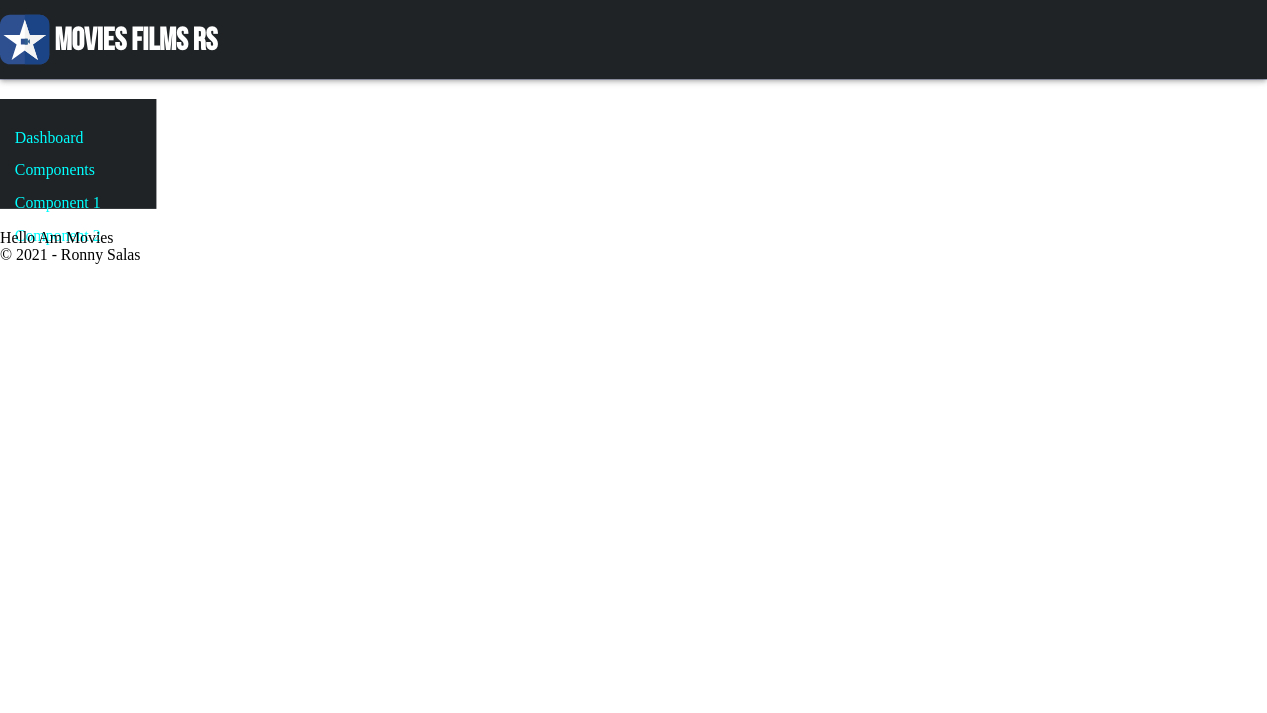
Repository: ronnysalas459/assigment-2
Page: /
The author's editor kept a copy of each file at every save. The page is drawn from the files as they stood at one save, then again after the next save.
The browser window is 1280 px wide. The pictures show the whole page, at 99% of full size.
The page's requests for data from a server got no answer. The project was rebuilt for these pictures with package versions that can differ from the ones it lists, and the page was loaded fresh each time. No one was signed in, and anything a server would have sent is missing. Also part of the build but not shown: src/contexts/DetailsContext.js, src/components/Details/index.js, src/components/NotFound/index.js.

Above is the page before, as saved 2021-08-29 20:23:32.

After the next save:
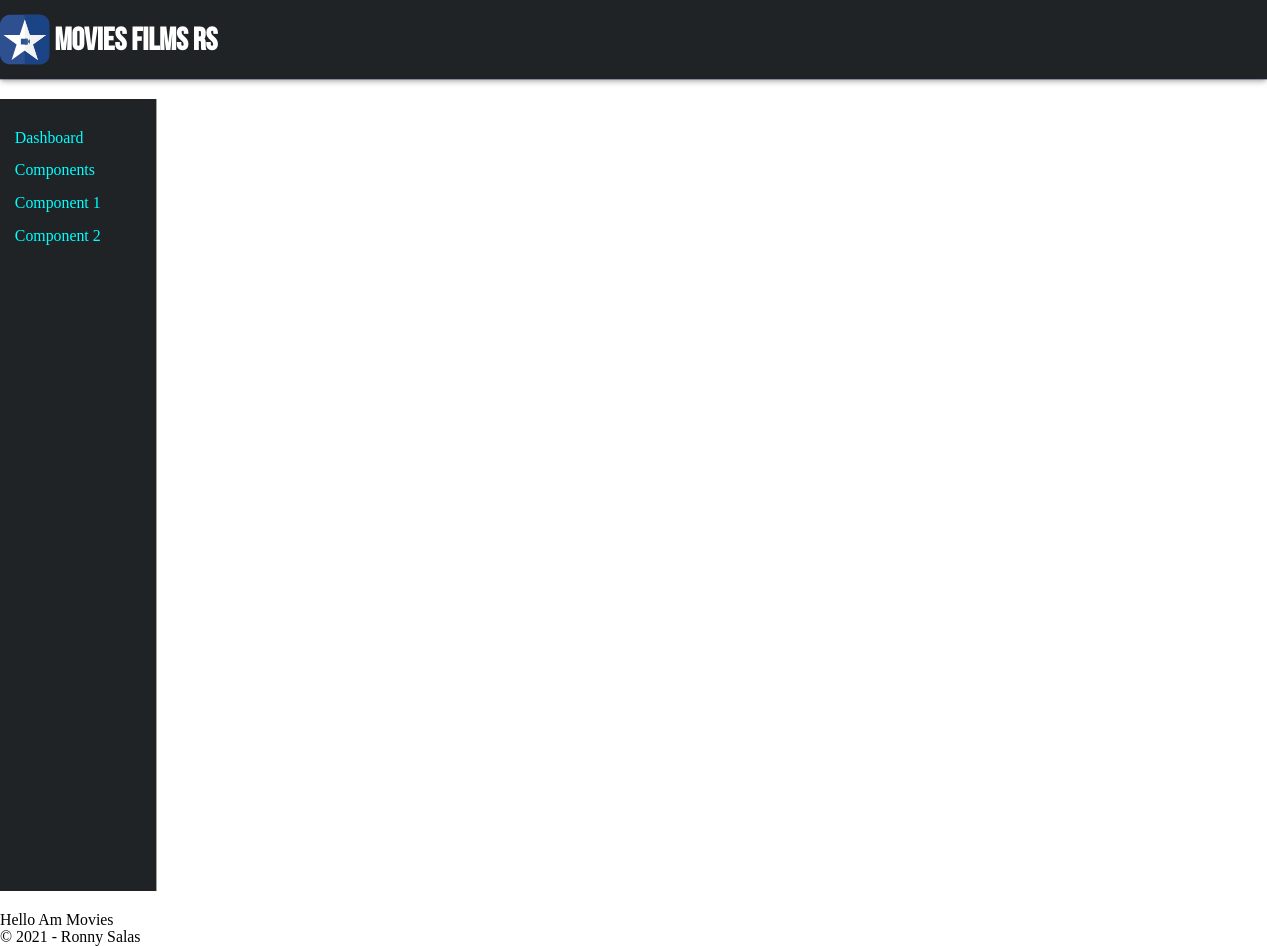
Saved 3 min 34 s later.
--- a/src/assets/css/styles.css
+++ b/src/assets/css/styles.css
@@ -62,7 +62,7 @@
 }
 .content{
   display:flex;
-  height: auto;
+  height: 800px;
   justify-content:space-between;
   padding-top: 20px;
   padding-bottom: 20px;

After the save that followed:
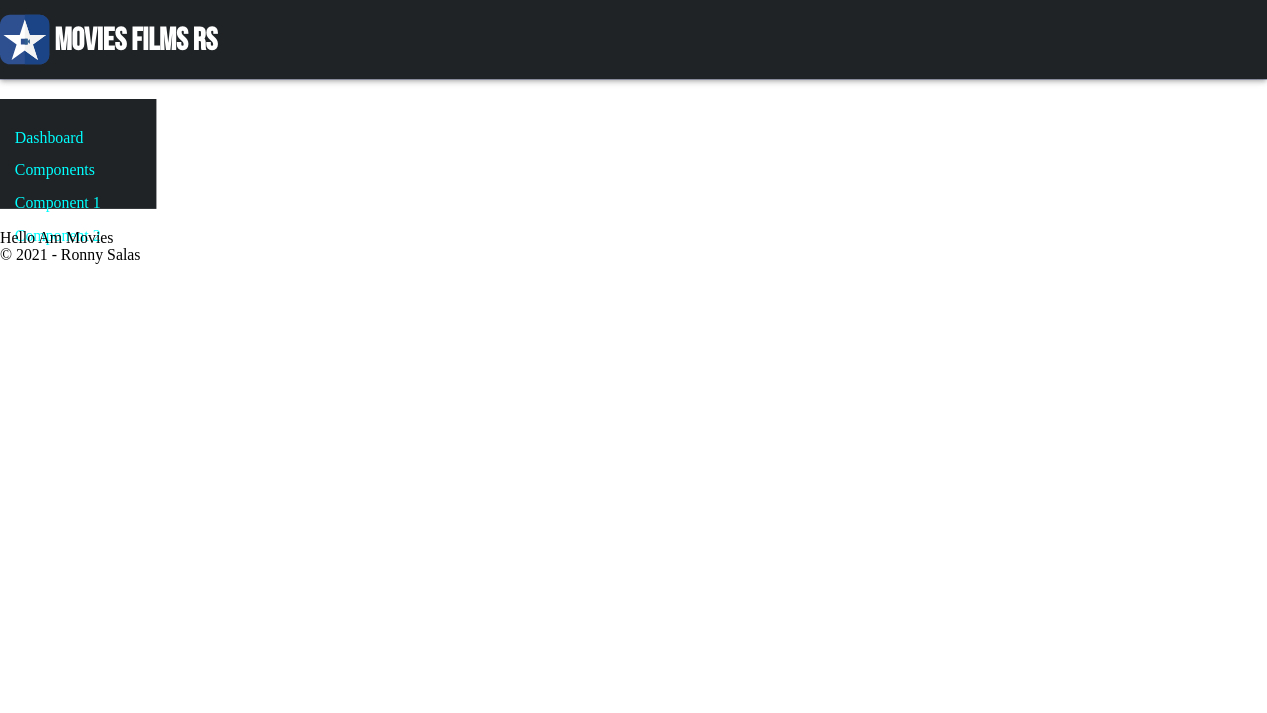
Saved 11 s later.
--- a/src/assets/css/styles.css
+++ b/src/assets/css/styles.css
@@ -62,7 +62,7 @@
 }
 .content{
   display:flex;
-  height: 800px;
+  height: 100%;
   justify-content:space-between;
   padding-top: 20px;
   padding-bottom: 20px;
